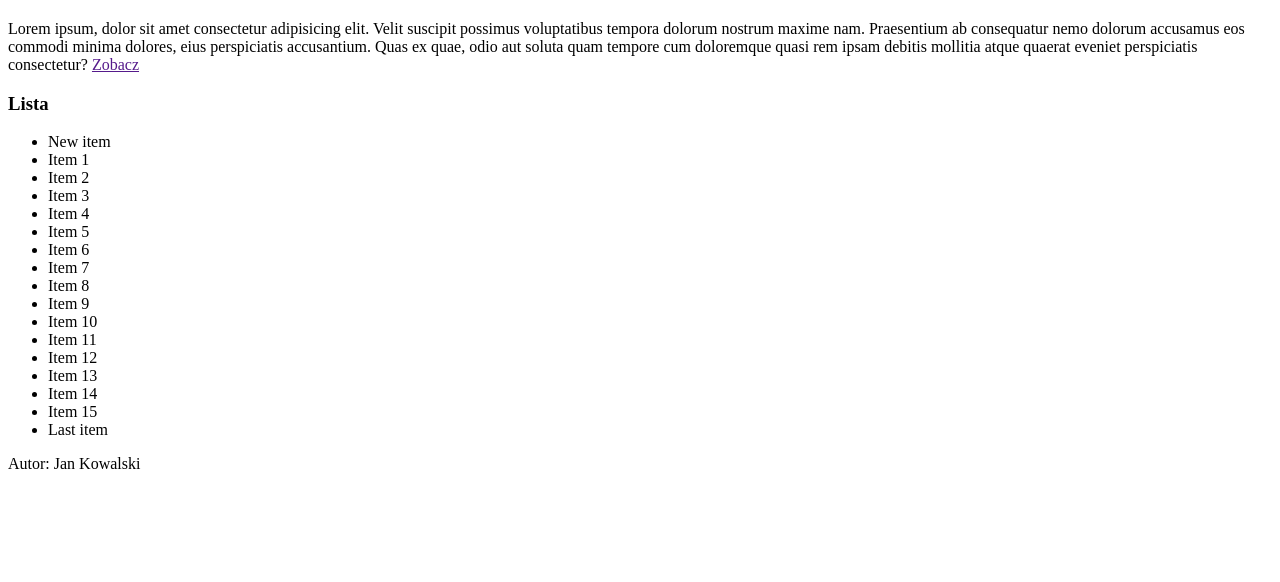
Repository: magdaf41/jQuery
Page: zadanie 3/index.html
The author's editor kept a copy of each file at every save. The page is drawn from the files as they stood at one save, then again after the next save.
The browser window is 1280 px wide. The pictures show the whole page.

Above is the page before, as saved 2020-09-08 21:19:46.

### zadanie 3/index.html
<!DOCTYPE html>
<html>

<head>
    <meta charset=utf-8 />
    <title>Return first and last name from a form - w3resource</title>
</head>

<body>
    <section id="about">
        <h2>Section Title</h2>
        <p class="content">Lorem ipsum, dolor sit amet consectetur adipisicing
        elit. Velit suscipit possimus voluptatibus tempora dolorum nostrum
        maxime nam. Praesentium ab consequatur nemo dolorum accusamus eos
        commodi minima dolores, eius perspiciatis accusantium. Quas ex quae,
        odio aut soluta quam tempore cum doloremque quasi rem ipsam debitis
        mollitia atque quaerat eveniet perspiciatis consectetur?
        <a href="" title="Read more">Czytaj więcej...</a></p>
        <p class="content">Lorem ipsum, dolor sit amet consectetur adipisicing
        elit. Velit suscipit possimus voluptatibus tempora dolorum nostrum
        maxime nam. Praesentium ab consequatur nemo dolorum accusamus eos
        commodi minima dolores, eius perspiciatis accusantium. Quas ex quae,
        odio aut soluta quam tempore cum doloremque quasi rem ipsam debitis
        mollitia atque quaerat eveniet perspiciatis consectetur?
        <a href="" title="See more">Zobacz</a></p>
        <p class="description">Lorem ipsum, dolor sit amet consectetur adipisicing
        elit. Velit suscipit possimus voluptatibus tempora dolorum nostrum
        maxime nam. Praesentium ab consequatur nemo dolorum accusamus eos
        commodi minima dolores, eius perspiciatis accusantium. Quas ex quae,
        odio aut soluta quam tempore cum doloremque quasi rem ipsam debitis
        mollitia atque quaerat eveniet perspiciatis consectetur?
        <a href="" title="See more">Zobacz</a></p>
        <ul>
             <li class="list-item">Item 1</li>
             <li class="list-item">Item 2</li>
             <li class="list-item">Item 3</li>
             <li class="list-item">Item 4</li>
             <li class="list-item">Item 5</li>
             <li class="list-item">Item 6</li>
             <li class="list-item">Item 7</li>
             <li class="list-item">Item 8</li>
             <li class="list-item">Item 9</li>
             <li class="list-item">Item 10</li>
             <li class="list-item">Item 11</li>
             <li class="list-item">Item 12</li>
             <li class="list-item">Item 13</li>
             <li class="list-item">Item 14</li>
             <li class="list-item">Item 15</li>
        </ul>
   </section>

    <!-- Biblioteka jQuery -->
    <script src="js/jquery-3.5.1.min.js"></script>
    <!--Custom script  -->
    <script src="js/main.js"></script>
</body>

</html>

### zadanie 3/js/main.js
$(document).ready(function () {
   const newLi = $('<li class = "list-item">New item</li>');
   console.log(newLi);

   $('ul').prepend(newLi);

   $('ul').append('<li class="list-item">Last item</li>');

   $('ul').before('<h3>Lista</h3>');

   const newFooter = $('<footer>Autor: Jan Kowalski</footer>');
   $('ul').after(newFooter)

   $('h2').empty();

   $('.content').remove();
});

Loaded but not shown: zadanie 3/js/jquery-3.5.1.min.js (library)

After the next save:
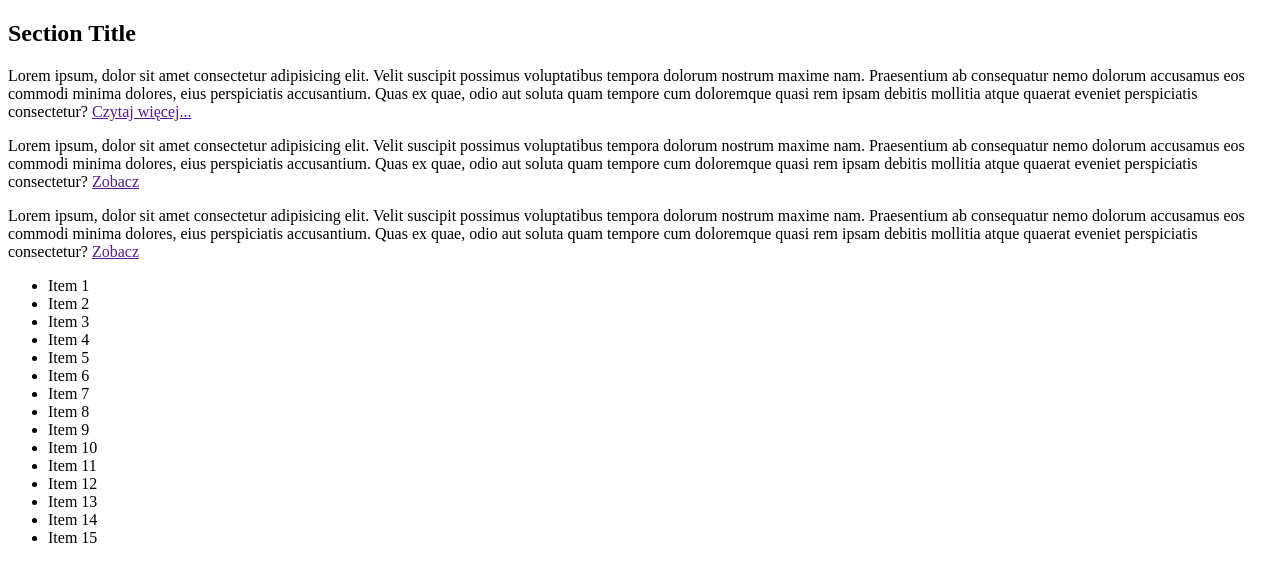
Console error: TypeError: $(...).atrr is not a function
Saved 7 min 58 s later.
--- a/zadanie 3/js/main.js
+++ b/zadanie 3/js/main.js
@@ -1,17 +1,4 @@
 $(document).ready(function () {
-   const newLi = $('<li class = "list-item">New item</li>');
-   console.log(newLi);
+   $('#about h2').atrr('id', 'main-headin');
 
-   $('ul').prepend(newLi);
-
-   $('ul').append('<li class="list-item">Last item</li>');
-
-   $('ul').before('<h3>Lista</h3>');
-
-   const newFooter = $('<footer>Autor: Jan Kowalski</footer>');
-   $('ul').after(newFooter)
-
-   $('h2').empty();
-
-   $('.content').remove();
 });
